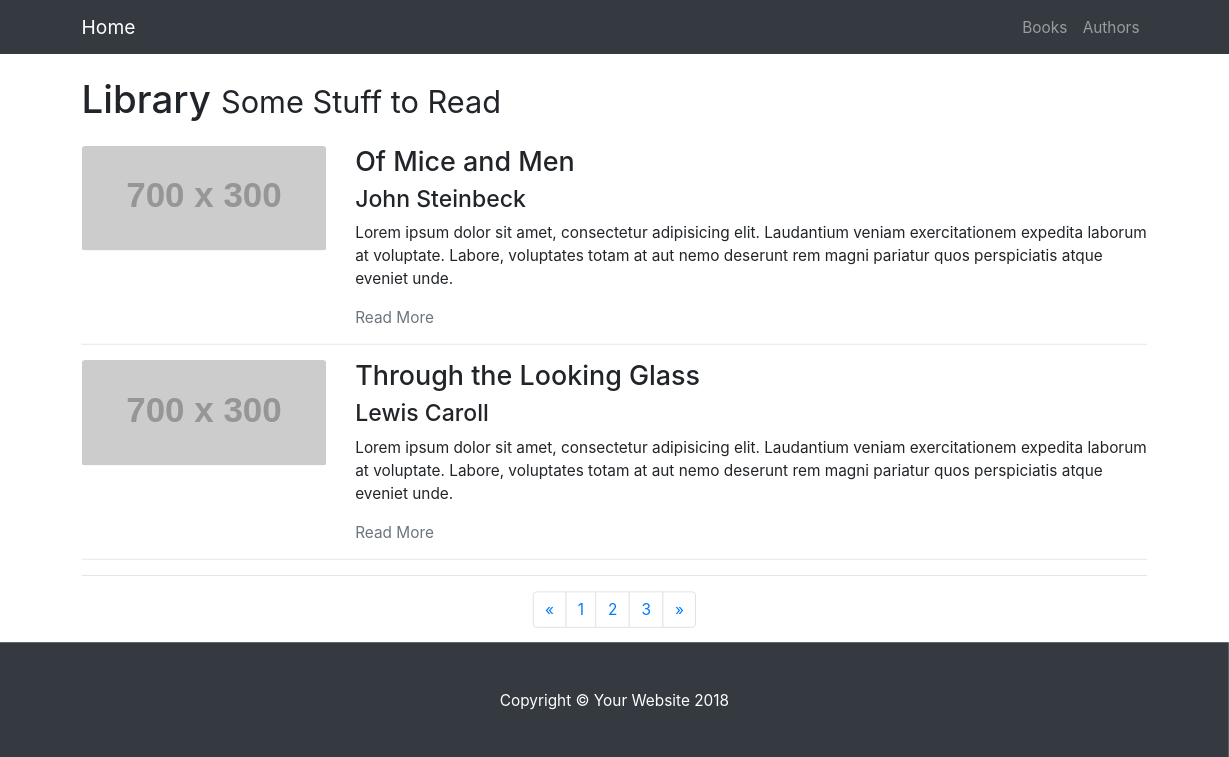
Repository: rosiehsmith/recipebook
Page: http://localhost/books/
An editor plug-in stored every save of this project. The page is shown before and after the next save, followed by the edit.
The browser window is 1280 px wide. The pictures show the whole page, at 96% of full size.
The page is served by the project's Node server (app.js).

Above is the page before, as saved 2019-01-07 07:28:41.

After the next save:
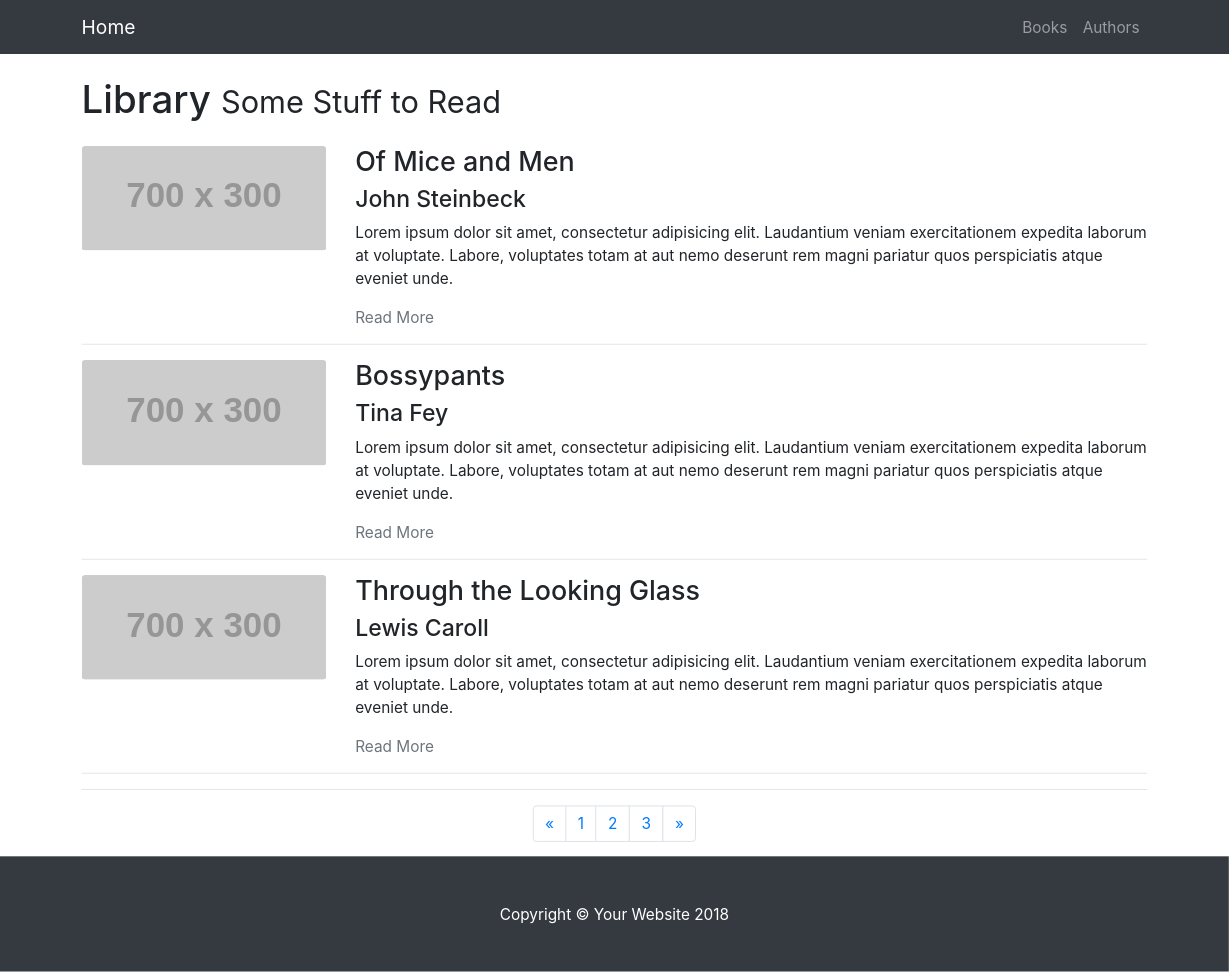
Saved 47 s later.
--- a/src/routes/bookRoutes.js
+++ b/src/routes/bookRoutes.js
@@ -8,6 +8,12 @@ function router(nav) {
             title: 'Of Mice and Men',
             author: 'John Steinbeck',
             genre: 'Tragedy',
+            read: false
+        },
+        {
+            title: 'Bossypants',
+            author: 'Tina Fey',
+            genre: 'Biography',
             read: false
         },
         {
